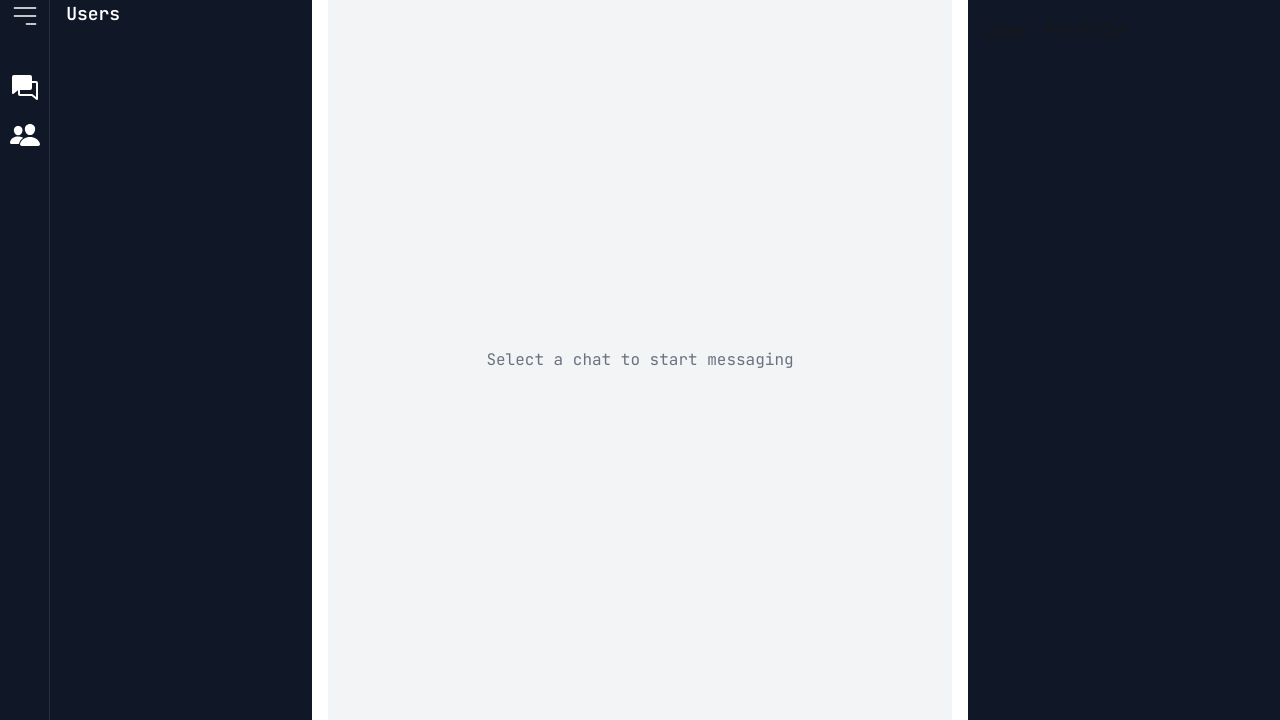
Repository: Sync-Decode/chat-app
Page: /
An editor plug-in stored every save of this project. The page is shown before and after the next save, followed by the edit.
The browser window is 1280 px wide. The pictures show the whole page.
The page's requests for data from a server got no answer. The project was rebuilt for these pictures with package versions that can differ from the ones it lists, and the page was loaded fresh each time. The framework's server and built-in components were replaced by stand-ins that run in the browser. No one was signed in, and anything a server would have sent is missing. Also part of the build but not shown: next.config.mjs, src/components/Menu.jsx, src/components/Chatview.jsx.

Above is the page before, as saved 2025-06-21 16:55:52.

After the next save:
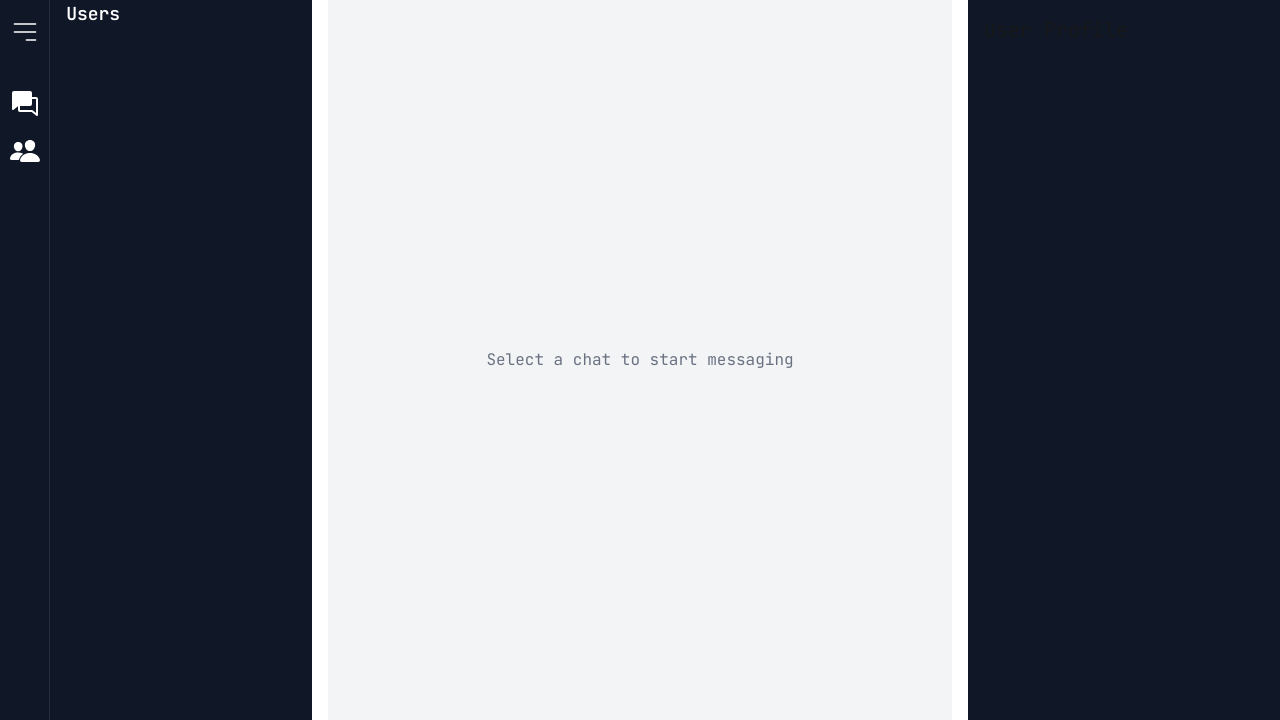
Saved 61 s later.
--- a/src/components/Sidebar.jsx
+++ b/src/components/Sidebar.jsx
@@ -14,7 +14,7 @@ export default function Sidebar() {
 
   return (
     <div className="relative w-full h-full flex  bg-gray-900 text-white">
-      <div className="flex-1 flex flex-col justify-start items-center gap-8 border-r border-gray-500/25">
+      <div className="flex-1 flex flex-col justify-start items-center gap-8 py-4 border-r border-gray-500/25">
         <div onClick={() => setIsMenuHidden((prev) => !prev)}>
           <Hamburger />
         </div>
